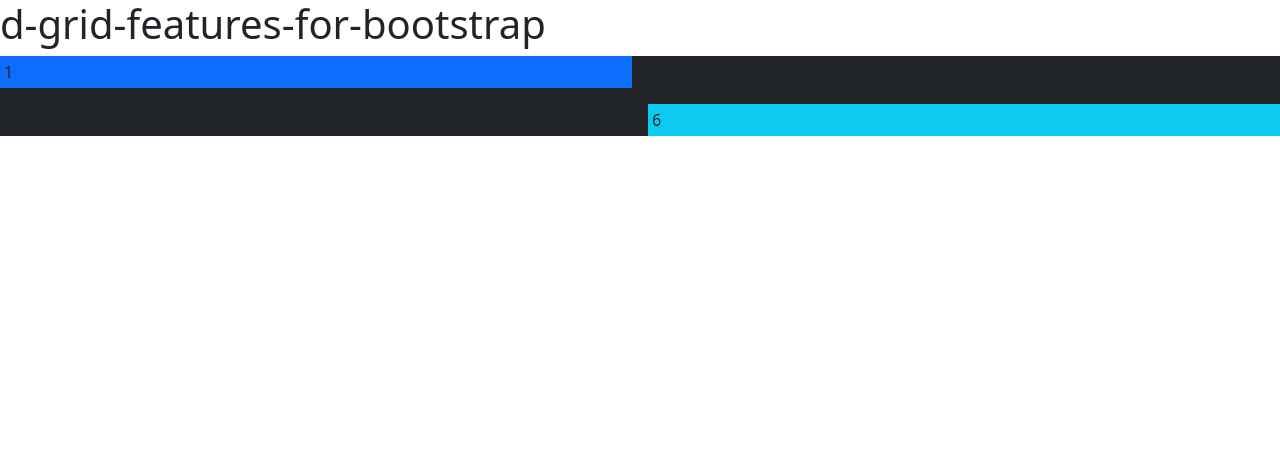
Repository: LynxPardelle/d-grid-features-for-bootstrap
Page: index.html
These files come from the project's save history. The page is drawn as it stood at one moment and after the next save; the edit follows.
The browser window is 1280 px wide. The pictures show the whole page.

Above is the page before, as saved 2021-10-20 05:33:24.

After the next save:
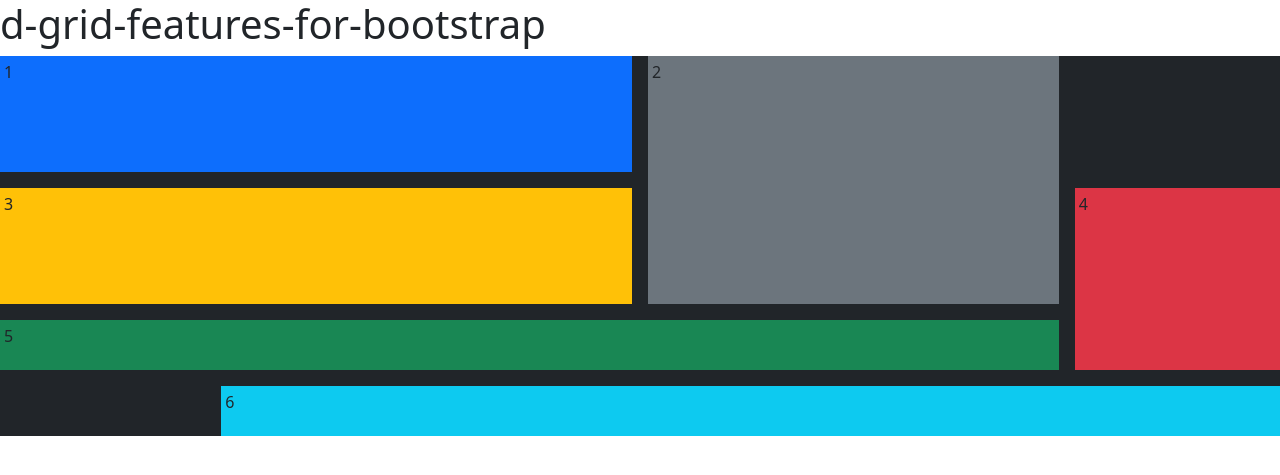
Saved 65 s later.
--- a/d-grid.js
+++ b/d-grid.js
@@ -31,9 +31,7 @@
     }
   }
 
-  if(bp === 0 || bp > wWidth){
-    hasIt = false
-  } else {
+  if(bp !== 0 && bp < wWidth){
     hasIt = true
   }
 

After the 5 saves that followed:
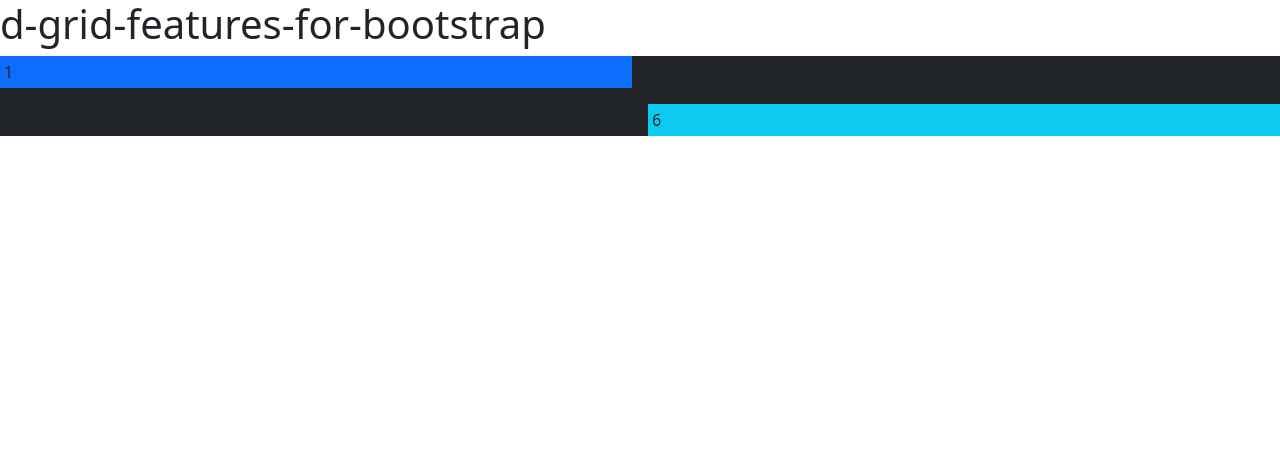
The 5 saves are shown as one change because 4 left the picture as it was.
The last was saved 6 min 25 s later.
--- a/d-grid.js
+++ b/d-grid.js
@@ -12,29 +12,31 @@
       if(at.includes('-sm') || at.includes('-md') || at.includes('-lg') || at.includes('-xl') || at.includes('-xll')){
         switch(true){
           case at.includes('-sm'):
-            bp = "576px";
+            bp = 576;
           break;
           case at.includes('-md'):
-            bp = "768px";
+            bp = 768;
           break;
           case at.includes('-lg'):
-            bp = "992px";
+            bp = 992;
           break;
           case at.includes('-xl'):
-            bp = "1200px";
+            bp = 1200;
           break;
           case at.includes('-xxl'):
-            bp = "1400px";
+            bp = 1400;
           break;
         };
       }
     }
   }
 
+  console.log(bp);
+  console.log(wWidth);
   if(bp !== 0 && bp < wWidth){
     hasIt = true
   }
-
+  console.log(hasIt);
   return hasIt;
 }
 
@@ -46,11 +48,11 @@
 
     if ( at.includes("gfbs-") &&
       ((!at.includes('-sm') && !at.includes('-md') && !at.includes('-lg') && !at.includes('-xl') && !at.includes('-xll') && !checkIfHasBP(gridElement, at)) ||
-      (at.includes('-sm') && wWidth >= "576px" && wWidth < "768px") ||
-      (at.includes('-md') && wWidth >= "768px" && wWidth < "992px") ||
-      (at.includes('-md') && wWidth >= "992px" && wWidth < "1200px") ||
-      (at.includes('-md') && wWidth >= "1200px" && wWidth < "1400px") ||
-      (at.includes('-md') && wWidth >= "1400px"))
+      (at.includes('-sm') && wWidth >= 576 && wWidth < 768) ||
+      (at.includes('-md') && wWidth >= 768 && wWidth < 992) ||
+      (at.includes('-md') && wWidth >= 992 && wWidth < 120) ||
+      (at.includes('-md') && wWidth >= 1200 && wWidth < 1400) ||
+      (at.includes('-md') && wWidth >= 1400))
     ) {
       switch(true){
         /* Container */
@@ -67,6 +69,7 @@
           gridElement.style.gridTemplateAreas = attValue;
         break;
         case at.includes("gt"):
+          console.log(attValue);
           gridElement.style.gridTemplate = attValue;
           console.log(gridElement.style.gridTemplate);
         break;
